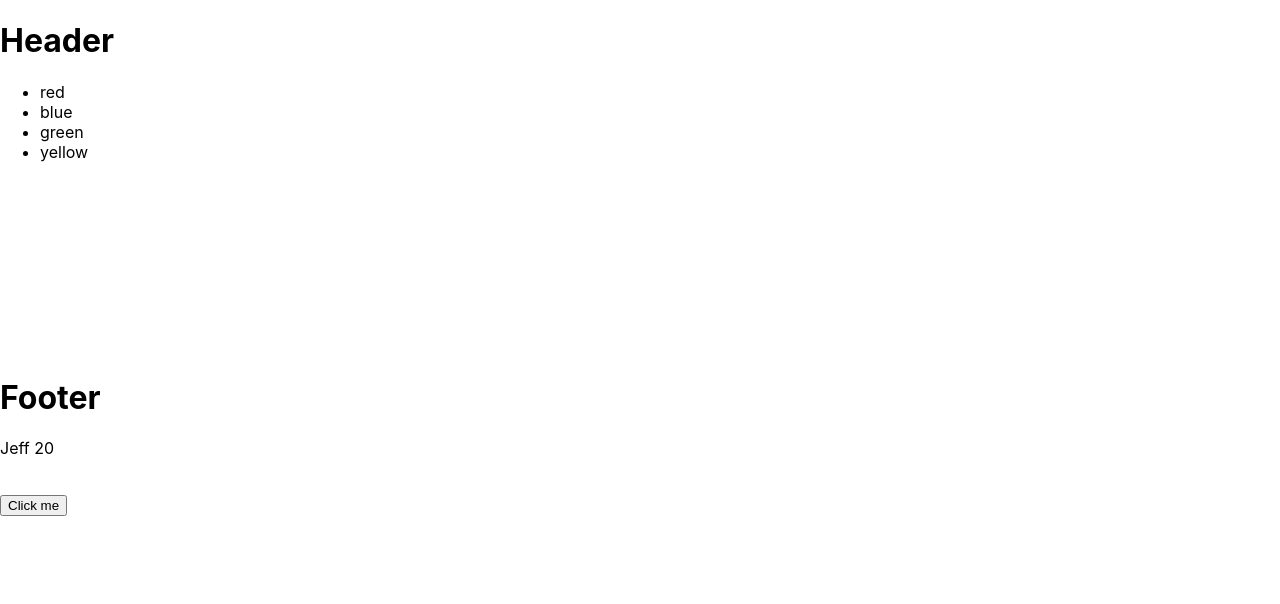
Repository: mhyder1/practice
Page: /
These files come from the project's save history. The page is drawn as it stood at one moment and after the next save; the edit follows.
The browser window is 1280 px wide. The pictures show the whole page.
The project was rebuilt for these pictures with package versions that can differ from the ones it lists, and the page was loaded fresh each time.

Above is the page before, as saved 2021-07-21 20:41:28.

After the next save:
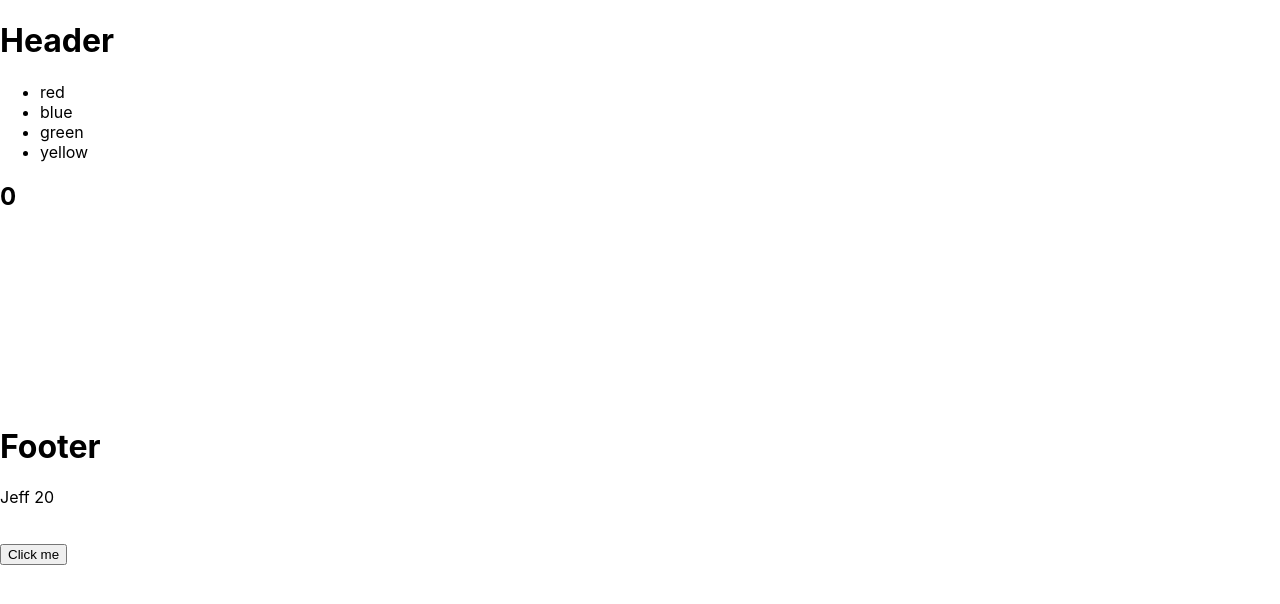
Saved 98 s later.
--- a/src/App.js
+++ b/src/App.js
@@ -5,11 +5,13 @@ function App() {
   const [name, setName] = useState('Jeff')
   const [age, setAge] = useState(20)
   const [colors, setColors] = useState(['red', 'blue', 'green', 'yellow'])
+  const [count, setCount] = useState(0)
 
   const number = 5
   return (
     <main>
       <Header colors={colors}/>
+      <h2>{count}</h2>
       <Footer userName={name} age={age} setName={setName}/>
     </main>
   );
